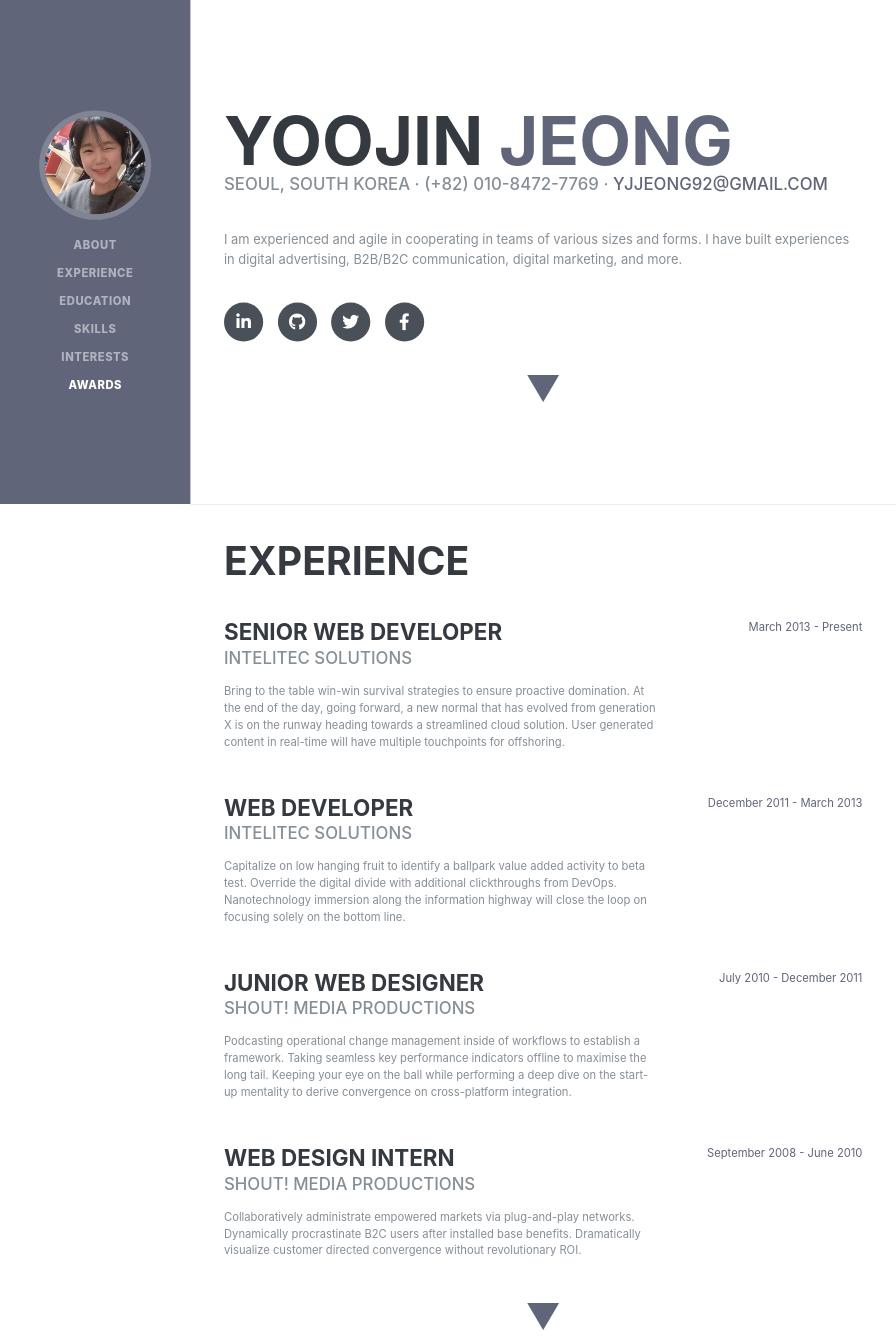
Repository: whitethugcat/whitethugcat.github.io
Page: class/resume-practice/index.html
The author's editor kept a record of every edit. The page is drawn from the files as they stood at one moment, then again after the next edit.
The browser window is 1280 px wide. The pictures show the part of the page from y = 0 to 1920 px (the page is 4872 px tall), at 70% of full size.
Some web fonts or font styles are not loaded; a fallback is used.

Above is the page before.

### class/resume-practice/index.html
<!DOCTYPE html>
<html lang="en">

<head>

  <meta charset="utf-8">
  <meta name="viewport" content="width=device-width, initial-scale=1, shrink-to-fit=no">
  <meta name="description" content="">
  <meta name="author" content="">

  <title>Yoojin J&#129346;</title>

  <!-- Bootstrap core CSS -->
  <link href="vendor/bootstrap/css/bootstrap.min.css" rel="stylesheet">

  <!-- Custom fonts for this template -->
  <link href="https://fonts.googleapis.com/css?family=Saira+Extra+Condensed:500,700" rel="stylesheet">
  <link href="vendor/fontawesome-free/css/all.min.css" rel="stylesheet">

  <!-- Custom styles for this template -->
  <link href="css/resume.css" rel="stylesheet">

</head>

<body id="page-top">

  <nav class="navbar navbar-expand-lg navbar-dark bg-primary fixed-top" id="sideNav">
    <a class="navbar-brand js-scroll-trigger" href="#page-top">
      <span class="d-block d-lg-none">Yoojin Jeong &#129346;</span>
      <span class="d-none d-lg-block">
        <img class="img-fluid img-profile rounded-circle mx-auto mb-2" src="img/yj-profile.png" alt="">
      </span>
    </a>
    <button class="navbar-toggler" type="button" data-toggle="collapse" data-target="#navbarSupportedContent" aria-controls="navbarSupportedContent" aria-expanded="false" aria-label="Toggle navigation">
      <span class="navbar-toggler-icon"></span>
    </button>
    <div class="collapse navbar-collapse" id="navbarSupportedContent">
      <ul class="navbar-nav">
        <li class="nav-item">
          <a class="nav-link js-scroll-trigger" href="#about">About</a>
        </li>
        <li class="nav-item">
          <a class="nav-link js-scroll-trigger" href="#experience">Experience</a>
        </li>
        <li class="nav-item">
          <a class="nav-link js-scroll-trigger" href="#education">Education</a>
        </li>
        <li class="nav-item">
          <a class="nav-link js-scroll-trigger" href="#skills">Skills</a>
        </li>
        <li class="nav-item">
          <a class="nav-link js-scroll-trigger" href="#interests">Interests</a>
        </li>
        <li class="nav-item">
          <a class="nav-link js-scroll-trigger" href="#awards">Awards</a>
        </li>
      </ul>
    </div>
  </nav>

  <div class="container-fluid p-0">

    <section class="resume-section p-3 p-lg-5 d-flex align-items-center" id="about">
      <div class="w-100">
        <h1 class="mb-0">Yoojin
          <span class="text-primary">Jeong</span>
        </h1>
        <div class="subheading mb-5">Seoul, South Korea · (+82) 010-8472-7769 ·
          <a href="mailto:name@email.com">yjjeong92@gmail.com</a>
        </div>
        <p class="lead mb-5">I am experienced and agile in cooperating in teams of various sizes and forms. I have built experiences in digital advertising, B2B/B2C communication, digital marketing, and more.</p>
        <div class="social-icons">
          <a href="https://www.linkedin.com/in/yoojin-jeong-47a917101/" target="_blank">
            <i class="fab fa-linkedin-in"></i>
          </a>
          <a href="#" target="_blank">
            <i class="fab fa-github"></i>
          </a>
          <a href="https://www.twitter.com/whitethugcat" target="_blank">
            <i class="fab fa-twitter"></i>
          </a>
          <a href="#">
            <i class="fab fa-facebook-f target="_blank""></i>
          </a>
        </div>
        <div class=downward-arrow>
          <a href="#experience">
          &#9660;</a>
        </div>
      </div>
    </section>

    <hr class="m-0">

    <section class="resume-section p-3 p-lg-5 d-flex justify-content-center" id="experience">
      <div class="w-100">
        <h2 class="mb-5">Experience</h2>

        <div class="resume-item d-flex flex-column flex-md-row justify-content-between mb-5">
          <div class="resume-content">
            <h3 class="mb-0">Senior Web Developer</h3>
            <div class="subheading mb-3">Intelitec Solutions</div>
            <p>Bring to the table win-win survival strategies to ensure proactive domination. At the end of the day, going forward, a new normal that has evolved from generation X is on the runway heading towards a streamlined cloud solution. User generated content in real-time will have multiple touchpoints for offshoring.</p>
          </div>
          <div class="resume-date text-md-right">
            <span class="text-primary">March 2013 - Present</span>
          </div>
        </div>

        <div class="resume-item d-flex flex-column flex-md-row justify-content-between mb-5">
          <div class="resume-content" id>
            <h3 class="mb-0">Web Developer</h3>
            <div class="subheading mb-3">Intelitec Solutions</div>
            <p>Capitalize on low hanging fruit to identify a ballpark value added activity to beta test. Override the digital divide with additional clickthroughs from DevOps. Nanotechnology immersion along the information highway will close the loop on focusing solely on the bottom line.</p>
          </div>
          <div class="resume-date text-md-right">
            <span class="text-primary">December 2011 - March 2013</span>
          </div>
        </div>

        <div class="resume-item d-flex flex-column flex-md-row justify-content-between mb-5">
          <div class="resume-content">
            <h3 class="mb-0">Junior Web Designer</h3>
            <div class="subheading mb-3">Shout! Media Productions</div>
            <p>Podcasting operational change management inside of workflows to establish a framework. Taking seamless key performance indicators offline to maximise the long tail. Keeping your eye on the ball while performing a deep dive on the start-up mentality to derive convergence on cross-platform integration.</p>
          </div>
          <div class="resume-date text-md-right">
            <span class="text-primary">July 2010 - December 2011</span>
          </div>
        </div>

        <div class="resume-item d-flex flex-column flex-md-row justify-content-between">
          <div class="resume-content">
            <h3 class="mb-0">Web Design Intern</h3>
            <div class="subheading mb-3">Shout! Media Productions</div>
            <p>Collaboratively administrate empowered markets via plug-and-play networks. Dynamically procrastinate B2C users after installed base benefits. Dramatically visualize customer directed convergence without revolutionary ROI.</p>
          </div>
          <div class="resume-date text-md-right">
            <span class="text-primary">September 2008 - June 2010</span>
          </div>

        </div>
          <div class=downward-arrow>
          <a href="#education">
          &#9660;</a>
        </div>
          <div class=back-to-top>
          <a href="#page-top">
          Back to top</a>
        </div>
      </div>

    </section>

    <hr class="m-0">

    <section class="resume-section p-3 p-lg-5 d-flex align-items-center" id="education">
      <div class="w-100">
        <h2 class="mb-5">Education</h2>

        <div class="resume-item d-flex flex-column flex-md-row justify-content-between mb-5">
          <div class="resume-content">
            <h3 class="mb-0">University of Colorado Boulder</h3>
            <div class="subheading mb-3">Bachelor of Science</div>
            <div>Computer Science - Web Development Track</div>
            <p>GPA: 3.23</p>
          </div>
          <div class="resume-date text-md-right">
            <span class="text-primary">August 2006 - May 2010</span>
          </div>
        </div>

        <div class="resume-item d-flex flex-column flex-md-row justify-content-between">
          <div class="resume-content">
            <h3 class="mb-0">James Buchanan High School</h3>
            <div class="subheading mb-3">Technology Magnet Program</div>
            <p>GPA: 3.56</p>
          </div>
          <div class="resume-date text-md-right">
            <span class="text-primary">August 2002 - May 2006</span>
          </div>
        </div>
          <div class=downward-arrow>
          <a href="#skills">
          &#9660;</a>
        </div>
          <div class=back-to-top>
          <a href="#page-top">
          Back to top</a>
        </div>
      </div>
    </section>

    <hr class="m-0">

    <section class="resume-section p-3 p-lg-5 d-flex align-items-center" id="skills">
      <div class="w-100">
        <h2 class="mb-5">Skills</h2>

        <div class="subheading mb-3">Programming Languages &amp; Tools</div>
        <ul class="list-inline dev-icons">
          <li class="list-inline-item">
            <i class="fab fa-html5"></i>
          </li>
          <li class="list-inline-item">
            <i class="fab fa-css3-alt"></i>
          </li>
          <li class="list-inline-item">
            <i class="fab fa-js-square"></i>
          </li>
          <li class="list-inline-item">
            <i class="fab fa-angular"></i>
          </li>
          <li class="list-inline-item">
            <i class="fab fa-react"></i>
          </li>
          <li class="list-inline-item">
            <i class="fab fa-node-js"></i>
          </li>
          <li class="list-inline-item">
            <i class="fab fa-sass"></i>
          </li>
          <li class="list-inline-item">
            <i class="fab fa-less"></i>
          </li>
          <li class="list-inline-item">
            <i class="fab fa-wordpress"></i>
          </li>
          <li class="list-inline-item">
            <i class="fab fa-gulp"></i>
          </li>
          <li class="list-inline-item">
            <i class="fab fa-grunt"></i>
          </li>
          <li class="list-inline-item">
            <i class="fab fa-npm"></i>
          </li>
        </ul>

        <div class="subheading mb-3">Workflow</div>
        <ul class="fa-ul mb-0">
          <li>
            <i class="fa-li fa fa-check"></i>
            Mobile-First, Responsive Design</li>
          <li>
            <i class="fa-li fa fa-check"></i>
            Cross Browser Testing &amp; Debugging</li>
          <li>
            <i class="fa-li fa fa-check"></i>
            Cross Functional Teams</li>
          <li>
            <i class="fa-li fa fa-check"></i>
            Agile Development &amp; Scrum</li>
        </ul>
          <div class=downward-arrow>
          <a href="#interests">
          &#9660;</a>
        </div>
          <div class=back-to-top>
          <a href="#page-top">
          Back to top</a>
        </div>
      </div>
    </section>

    <hr class="m-0">

    <section class="resume-section p-3 p-lg-5 d-flex align-items-center" id="interests">
      <div class="w-100">
        <h2 class="mb-5">Interests</h2>
        <p>Apart from being a web developer, I enjoy most of my time being outdoors. In the winter, I am an avid skier and novice ice climber. During the warmer months here in Colorado, I enjoy mountain biking, free climbing, and kayaking.</p>
        <p class="mb-0">When forced indoors, I follow a number of sci-fi and fantasy genre movies and television shows, I am an aspiring chef, and I spend a large amount of my free time exploring the latest technology advancements in the front-end web development world.</p>
          <div class=downward-arrow>
          <a href="#awards">
          &#9660;</a>
        </div>
          <div class=back-to-top>
          <a href="#page-top">
          Back to top</a>
        </div>
      </div>
    </section>

    <hr class="m-0">

    <section class="resume-section p-3 p-lg-5 d-flex align-items-center" id="awards">
      <div class="w-100">
        <h2 class="mb-5">Awards &amp; Certifications</h2>
        <ul class="fa-ul mb-0">
          <li>
            <i class="fa-li fa fa-trophy text-warning"></i>
            Google Analytics Certified Developer</li>
          <li>
            <i class="fa-li fa fa-trophy text-warning"></i>
            Mobile Web Specialist - Google Certification</li>
          <li>
            <i class="fa-li fa fa-trophy text-warning"></i>
            1<sup>st</sup>
            Place - University of Colorado Boulder - Emerging Tech Competition 2009</li>
          <li>
            <i class="fa-li fa fa-trophy text-warning"></i>
            1<sup>st</sup>
            Place - University of Colorado Boulder - Adobe Creative Jam 2008 (UI Design Category)</li>
          <li>
            <i class="fa-li fa fa-trophy text-warning"></i>
            2<sup>nd</sup>
            Place - University of Colorado Boulder - Emerging Tech Competition 2008</li>
          <li>
            <i class="fa-li fa fa-trophy text-warning"></i>
            1<sup>st</sup>
            Place - James Buchanan High School - Hackathon 2006</li>
          <li>
            <i class="fa-li fa fa-trophy text-warning"></i>
            3<sup>rd</sup>
            Place - James Buchanan High School - Hackathon 2005</li>
        </ul>

          <div class=back-to-top>
          <a href="#page-top">
          Back to top</a>
        </div>
      </div>
    </section>

  </div>

  <!-- Bootstrap core JavaScript -->
  <script src="vendor/jquery/jquery.min.js"></script>
  <script src="vendor/bootstrap/js/bootstrap.bundle.min.js"></script>

  <!-- Plugin JavaScript -->
  <script src="vendor/jquery-easing/jquery.easing.min.js"></script>

  <!-- Custom scripts for this template -->
  <script src="js/resume.min.js"></script>

</body>

</html>

### class/resume-practice/css/resume.css
/*!
 * Start Bootstrap - Resume v5.0.8 (https://startbootstrap.com/template-overviews/resume)
 * Copyright 2013-2019 Start Bootstrap
 * Licensed under MIT (https://github.com/BlackrockDigital/startbootstrap-resume/blob/master/LICENSE)
 */

body {
  font-family: 'Muli', -apple-system, BlinkMacSystemFont, 'Segoe UI', Roboto, 'Helvetica Neue', Arial, sans-serif, 'Apple Color Emoji', 'Segoe UI Emoji', 'Segoe UI Symbol', 'Noto Color Emoji';
  padding-top: 52px;
  color: #868e96;
}

@media (min-width: 992px) {
  body {
    padding-top: 0;
    padding-left: 17rem;
  }
}

h1,
h2,
h3,
h4,
h5,
h6 {
  font-family: 'Saira Extra Condensed', -apple-system, BlinkMacSystemFont, 'Segoe UI', Roboto, 'Helvetica Neue', Arial, sans-serif, 'Apple Color Emoji', 'Segoe UI Emoji', 'Segoe UI Symbol', 'Noto Color Emoji';
  font-weight: 700;
  text-transform: uppercase;
  color: #343a40;
}

h1 {
  font-size: 6rem;
  line-height: 5.5rem;
}

h2 {
  font-size: 3.5rem;
}

h3 {
  font-size: 2rem;
}

p.lead {
  font-size: 1.15rem;
  font-weight: 400;
}

.subheading {
  text-transform: uppercase;
  font-weight: 500;
  font-family: 'Saira Extra Condensed', -apple-system, BlinkMacSystemFont, 'Segoe UI', Roboto, 'Helvetica Neue', Arial, sans-serif, 'Apple Color Emoji', 'Segoe UI Emoji', 'Segoe UI Symbol', 'Noto Color Emoji';
  font-size: 1.5rem;
}

.social-icons a {
  display: inline-block;
  height: 3.5rem;
  width: 3.5rem;
  background-color: #495057;
  color: #fff !important;
  border-radius: 100%;
  text-align: center;
  font-size: 1.5rem;
  line-height: 3.5rem;
  margin-right: 1rem;
}

.social-icons a:last-child {
  margin-right: 0;
}

.social-icons a:hover {
  background-color: #BD5D38;
}

.dev-icons {
  font-size: 3rem;
}

.dev-icons .list-inline-item i:hover {
  color: #BD5D38;
}

#sideNav .navbar-nav .nav-item .nav-link {
  font-weight: 800;
  letter-spacing: 0.05rem;
  text-transform: uppercase;
}

#sideNav .navbar-toggler:focus {
  outline-color: #d48a6e;
}

@media (min-width: 992px) {
  #sideNav {
    text-align: center;
    position: fixed;
    top: 0;
    left: 0;
    display: flex;
    flex-direction: column;
    width: 17rem;
    height: 100vh;
  }
  #sideNav .navbar-brand {
    display: flex;
    margin: auto auto 0;
    padding: 0.5rem;
  }
  #sideNav .navbar-brand .img-profile {
    max-width: 10rem;
    max-height: 10rem;
    border: 0.5rem solid rgba(255, 255, 255, 0.2);
  }
  #sideNav .navbar-collapse {
    display: flex;
    align-items: flex-start;
    flex-grow: 0;
    width: 100%;
    margin-bottom: auto;
  }
  #sideNav .navbar-collapse .navbar-nav {
    flex-direction: column;
    width: 100%;
  }
  #sideNav .navbar-collapse .navbar-nav .nav-item {
    display: block;
  }
  #sideNav .navbar-collapse .navbar-nav .nav-item .nav-link {
    display: block;
  }
}

section.resume-section {
  padding-top: 5rem !important;
  padding-bottom: 5rem !important;
  max-width: 75rem;
}

section.resume-section .resume-item .resume-date {
  min-width: none;
}

@media (min-width: 768px) {
  section.resume-section {
    min-height: 100vh;
  }
  section.resume-section .resume-item .resume-date {
    min-width: 18rem;
  }
}

@media (min-width: 992px) {
  section.resume-section {
    padding-top: 3rem !important;
    padding-bottom: 3rem !important;
  }
}

.bg-primary {
  background-color: #61657a !important;
}

.text-primary {
  color: #61657a !important;
}

a {
  color: #61657a;
}

a:hover, a:focus, a:active {
  color: #824027;
}

.downward-arrow{
  vertical-align: bottom;
  text-align: center;
  font-size: 50px;
  text-shadow: 3px 2px grey .5;
  margin-bottom: -30px;
  margin-top: 30px;
}

.back-to-top{
  margin-top: 4%;
  color: #699aff;
  vertical-align: bottom;
  text-align: center;
  font-size: 10px;
  text-decoration: underline;
}

Loaded but not shown: class/resume-practice/vendor/bootstrap/css/bootstrap.min.css (library); class/resume-practice/vendor/fontawesome-free/css/all.min.css (library); class/resume-practice/vendor/jquery/jquery.min.js (library); class/resume-practice/vendor/bootstrap/js/bootstrap.bundle.min.js (library); class/resume-practice/vendor/jquery-easing/jquery.easing.min.js (common file); class/resume-practice/js/resume.min.js (common file)

After the next edit:
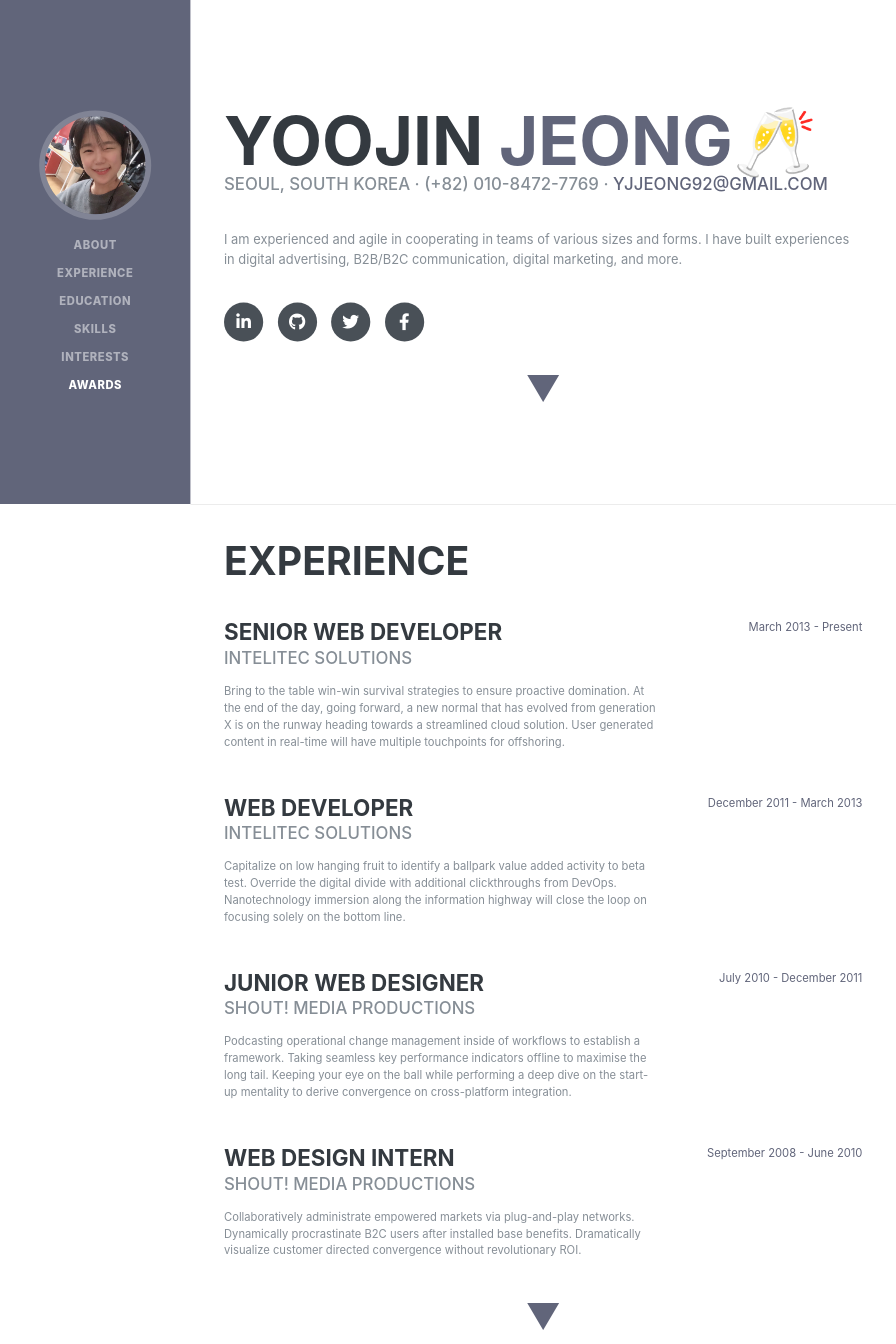
The edit:
--- a/class/resume-practice/index.html
+++ b/class/resume-practice/index.html
@@ -63,7 +63,7 @@
     <section class="resume-section p-3 p-lg-5 d-flex align-items-center" id="about">
       <div class="w-100">
         <h1 class="mb-0">Yoojin
-          <span class="text-primary">Jeong</span>
+          <span class="text-primary">Jeong&#129346;</span>
         </h1>
         <div class="subheading mb-5">Seoul, South Korea · (+82) 010-8472-7769 ·
           <a href="mailto:name@email.com">yjjeong92@gmail.com</a>
